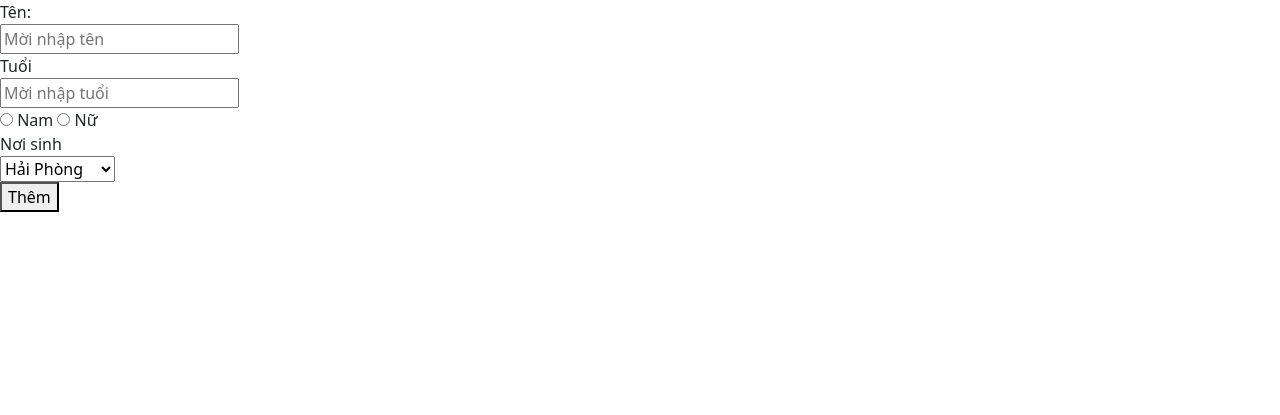
Repository: HieuNT-2001/JAVA-3---SOF203
Page: http://localhost/HocJava4/FormServlet
An editor plug-in stored every save of this project. The page is shown before and after the next save, followed by the edit.
The browser window is 1280 px wide. The pictures show the whole page.
The page is served by Tomcat 10. Other server files are loaded and not shown.

Above is the page before, as saved 2024-09-28 04:12:46.

### HocJava4/src/main/webapp/views/Form.jsp
<%@ page language="java" contentType="text/html; charset=UTF-8"
	pageEncoding="UTF-8"%>
<!DOCTYPE html>
<html>
<head>
<meta charset="UTF-8">
<meta name="viewport" content="width=device-width, initial-scale=1">
<title>Insert title here</title>
<link
	href="https://cdn.jsdelivr.net/npm/bootstrap@5.3.3/dist/css/bootstrap.min.css"
	rel="stylesheet"
	integrity="sha384-QWTKZyjpPEjISv5WaRU9OFeRpok6YctnYmDr5pNlyT2bRjXh0JMhjY6hW+ALEwIH"
	crossorigin="anonymous">
</head>
<body>
	<form action="">
		<div>
			<label>Tên:</label>
		</div>

		<div>
			<input placeholder="Mời nhập tên" type="text" name="ten">
		</div>

		<div>
			<label>Tuổi</label>
		</div>

		<div>
			<input placeholder="Mời nhập tuổi" type="number" name="tuoi">
		</div>

		<div>
			<input type="radio" name="gioitinh" value="1"> Nam <input
				type="radio" name="gioitinh" value="2"> Nữ
		</div>

		<div>
			<label>Nơi sinh</label>
		</div>

		<div>
			<select>
				<option value="1">Hải Phòng</option>
				<option value="2">Hà Nội</option>
				<option value="3">Hồ Chí Minh</option>
				<option value="4">Cần Thơ</option>
				<option value="5">Đà Nẵng</option>
			</select>
		</div>

		<button type="submit">Thêm</button>
	</form>
	<script
		src="https://cdn.jsdelivr.net/npm/bootstrap@5.3.3/dist/js/bootstrap.bundle.min.js"
		integrity="sha384-YvpcrYf0tY3lHB60NNkmXc5s9fDVZLESaAA55NDzOxhy9GkcIdslK1eN7N6jIeHz"
		crossorigin="anonymous"></script>
</body>
</html>

### HocJava4/src/main/java/controllers/FormServlet.java
package controllers;

import jakarta.servlet.ServletException;
import jakarta.servlet.annotation.WebServlet;
import jakarta.servlet.http.HttpServlet;
import jakarta.servlet.http.HttpServletRequest;
import jakarta.servlet.http.HttpServletResponse;
import java.io.IOException;

/**
 * Servlet implementation class FormServlet
 */
@WebServlet("/FormServlet")
public class FormServlet extends HttpServlet {
	private static final long serialVersionUID = 1L;

    /**
     * @see HttpServlet#HttpServlet()
     */
    public FormServlet() {
        super();
        // TODO Auto-generated constructor stub
    }

	/**
	 * @see HttpServlet#doGet(HttpServletRequest request, HttpServletResponse response)
	 */
	protected void doGet(HttpServletRequest request, HttpServletResponse response) throws ServletException, IOException {
		// TODO Auto-generated method stub
		request.getRequestDispatcher("views/Form.jsp").forward(request, response);
	}

	/**
	 * @see HttpServlet#doPost(HttpServletRequest request, HttpServletResponse response)
	 */
	protected void doPost(HttpServletRequest request, HttpServletResponse response) throws ServletException, IOException {
		// TODO Auto-generated method stub
		doGet(request, response);
	}

}

After the next save:
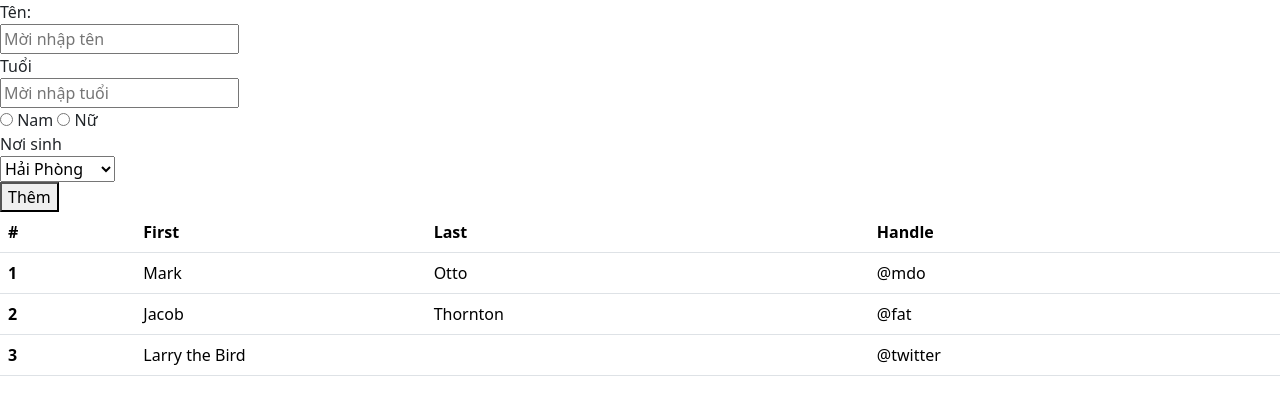
Saved 39 s later.
--- a/HocJava4/src/main/webapp/views/Form.jsp
+++ b/HocJava4/src/main/webapp/views/Form.jsp
@@ -51,6 +51,37 @@
 
 		<button type="submit">Thêm</button>
 	</form>
+
+	<table class="table">
+		<thead>
+			<tr>
+				<th scope="col">#</th>
+				<th scope="col">First</th>
+				<th scope="col">Last</th>
+				<th scope="col">Handle</th>
+			</tr>
+		</thead>
+		<tbody>
+			<tr>
+				<th scope="row">1</th>
+				<td>Mark</td>
+				<td>Otto</td>
+				<td>@mdo</td>
+			</tr>
+			<tr>
+				<th scope="row">2</th>
+				<td>Jacob</td>
+				<td>Thornton</td>
+				<td>@fat</td>
+			</tr>
+			<tr>
+				<th scope="row">3</th>
+				<td colspan="2">Larry the Bird</td>
+				<td>@twitter</td>
+			</tr>
+		</tbody>
+	</table>
+
 	<script
 		src="https://cdn.jsdelivr.net/npm/bootstrap@5.3.3/dist/js/bootstrap.bundle.min.js"
 		integrity="sha384-YvpcrYf0tY3lHB60NNkmXc5s9fDVZLESaAA55NDzOxhy9GkcIdslK1eN7N6jIeHz"
